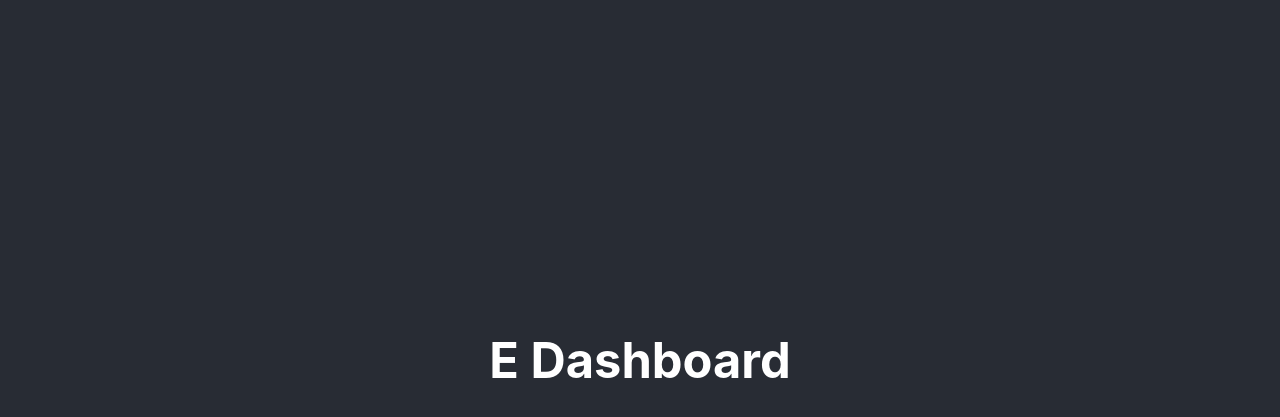
Repository: ShahbazGurmani/react-code-e-dashboard
Page: /add
An editor plug-in stored every save of this project. The page is shown before and after the next save, followed by the edit.
The browser window is 1280 px wide. The pictures show the whole page.
The project was rebuilt for these pictures with package versions that can differ from the ones it lists, and the page was loaded fresh each time.

Above is the page before, as saved 2023-08-23 00:15:12.

### src/App.js
import logo from './logo.svg';
import './App.css';

function App() {
  return (
    <div className="App">
      <header className="App-header">
        <h1>E Dashboard</h1>
      </header>
    </div>
  );
}

export default App;

Loaded but not shown: public/index.html (common file); src/index.js (common file); src/index.css (common file); src/reportWebVitals.js (common file); src/App.css (common file)

After the next save:
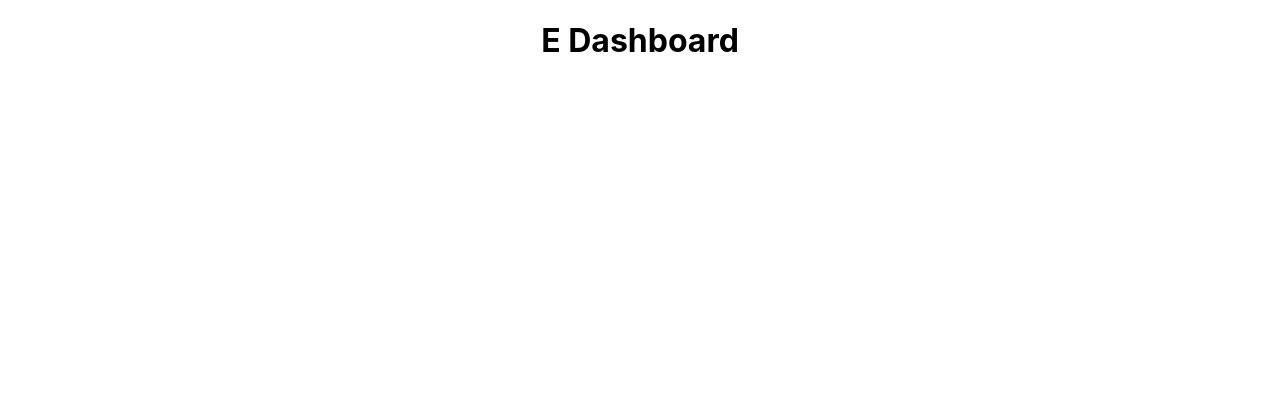
Saved 45 s later.
--- a/src/App.js
+++ b/src/App.js
@@ -4,9 +4,9 @@ import './App.css';
 function App() {
   return (
     <div className="App">
-      <header className="App-header">
+
         <h1>E Dashboard</h1>
-      </header>
+
     </div>
   );
 }
